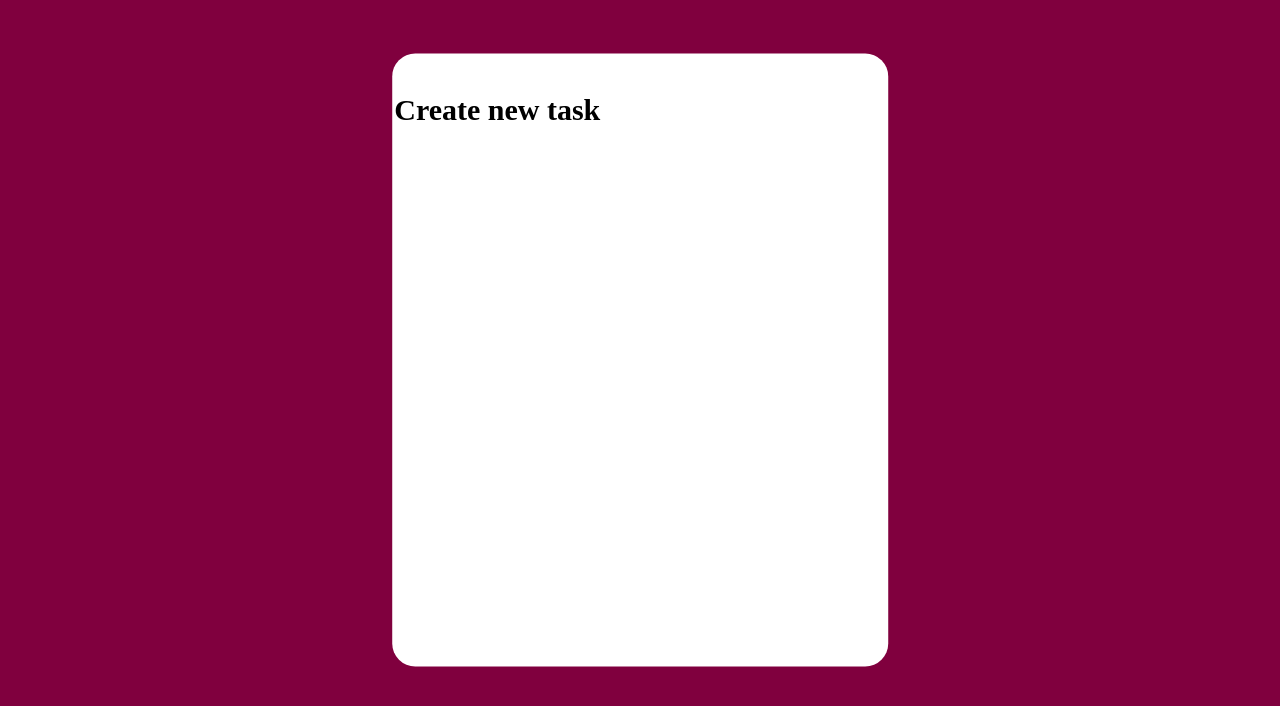
Repository: MorgunovaAlexandra/verstka-form
Page: index.html
An editor plug-in stored every save of this project. The page is shown before and after the next save, followed by the edit.
The browser window is 1280 px wide. The pictures show the whole page.
The style sheet was rebuilt from its Sass, Less or Tailwind sources for each picture, by a compiler version that may differ from the author's.

Above is the page before, as saved 2022-06-24 12:03:27.

After the next save:
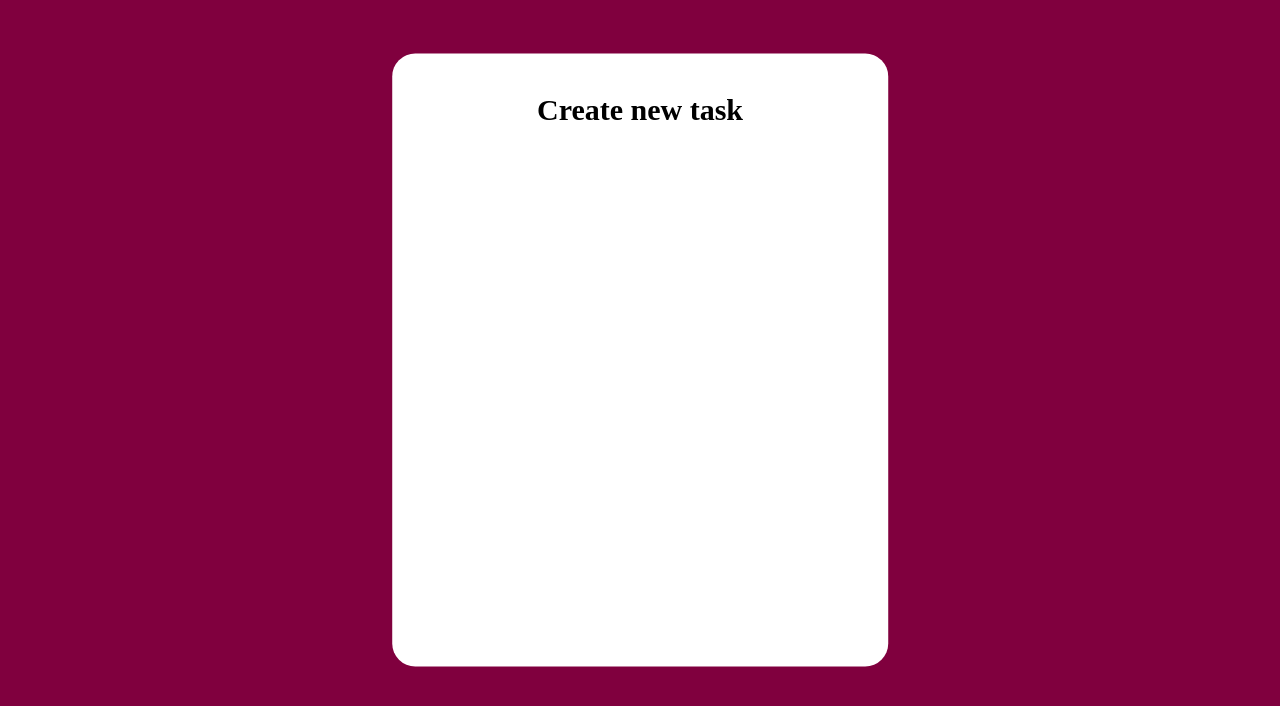
Saved 8 s later.
--- a/scss/style.scss
+++ b/scss/style.scss
@@ -17,6 +17,6 @@
 }
 legend{
     margin-top: 40px;
-    align-items: center;
+    text-align: center;
 
 }

After the 4 saves that followed:
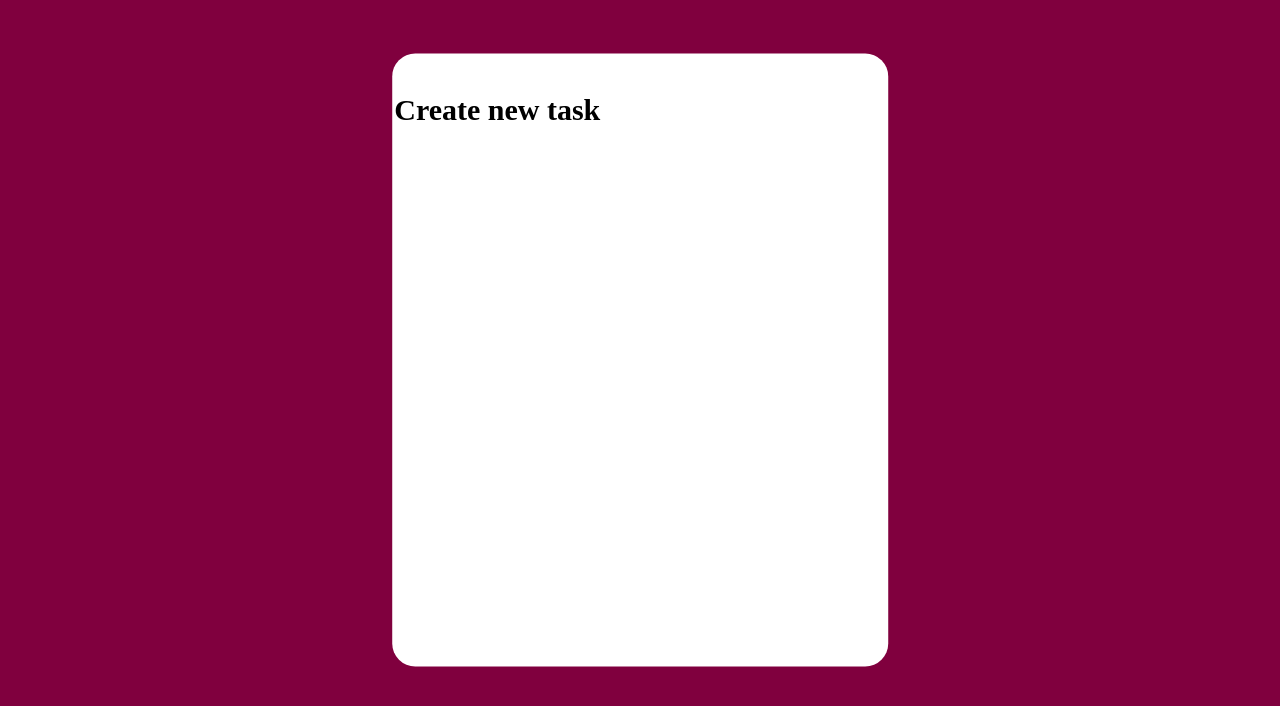
The 4 saves are shown as one change because 1 did not build or start and some came seconds apart.
The last was saved 31 s later.
--- a/scss/style.scss
+++ b/scss/style.scss
@@ -17,6 +17,6 @@
 }
 legend{
     margin-top: 40px;
-    text-align: center;
+    margin-left: 4;
 
 }
